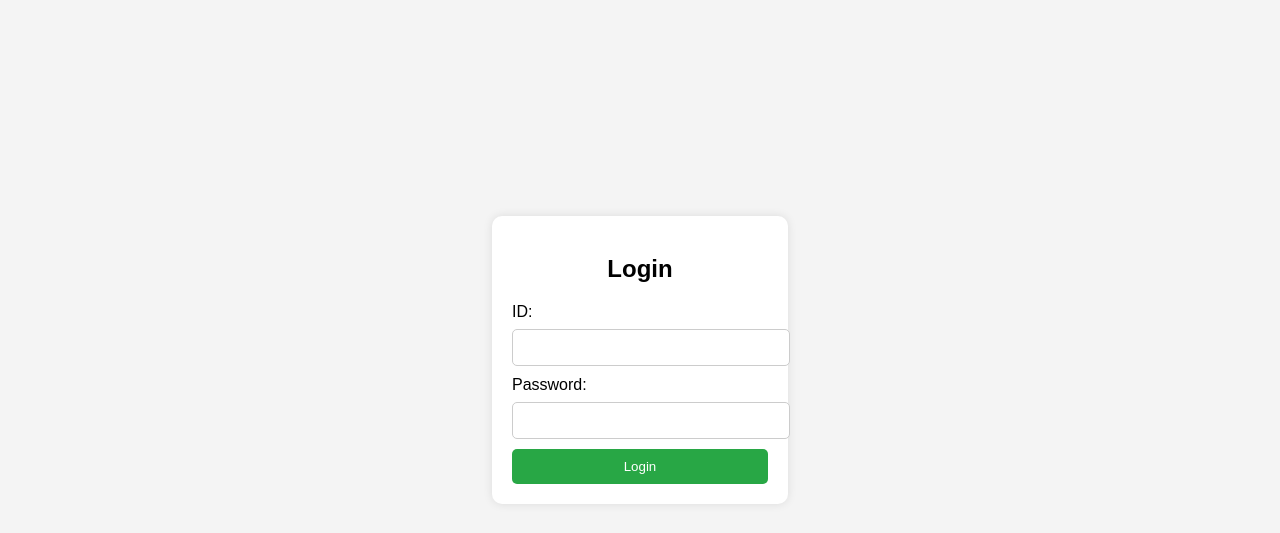
Repository: Madavahari/Servlets
Page: http://localhost/hms/login.jsp
An editor plug-in stored every save of this project. The page is shown before and after the next save, followed by the edit.
The browser window is 1280 px wide. The pictures show the whole page.
The page is served by Tomcat 9.

Above is the page before, as saved 2024-10-17 12:47:13.

After the next save:
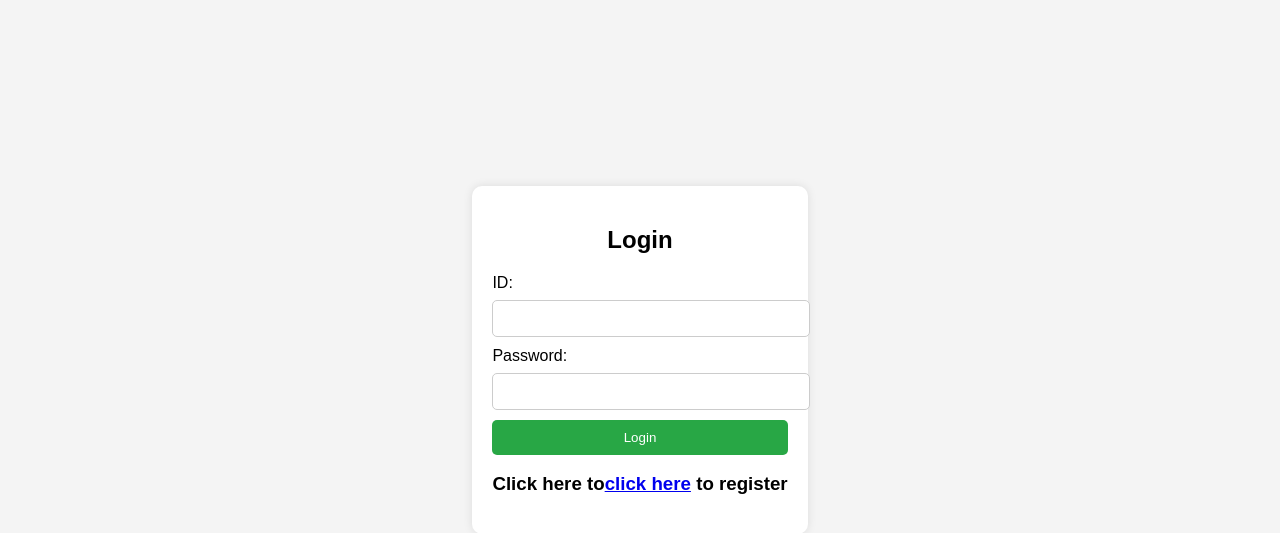
Saved 66 s later.
--- a/servlets/hms/src/main/webapp/login.jsp
+++ b/servlets/hms/src/main/webapp/login.jsp
@@ -62,6 +62,7 @@
             <input type="password" id="password" name="password" required>
 
             <button type="submit">Login</button>
+            <h3>Click here to<a href="reg.jsp">click here</a> to register</h3>
         </form>
     </div>
 </body>
